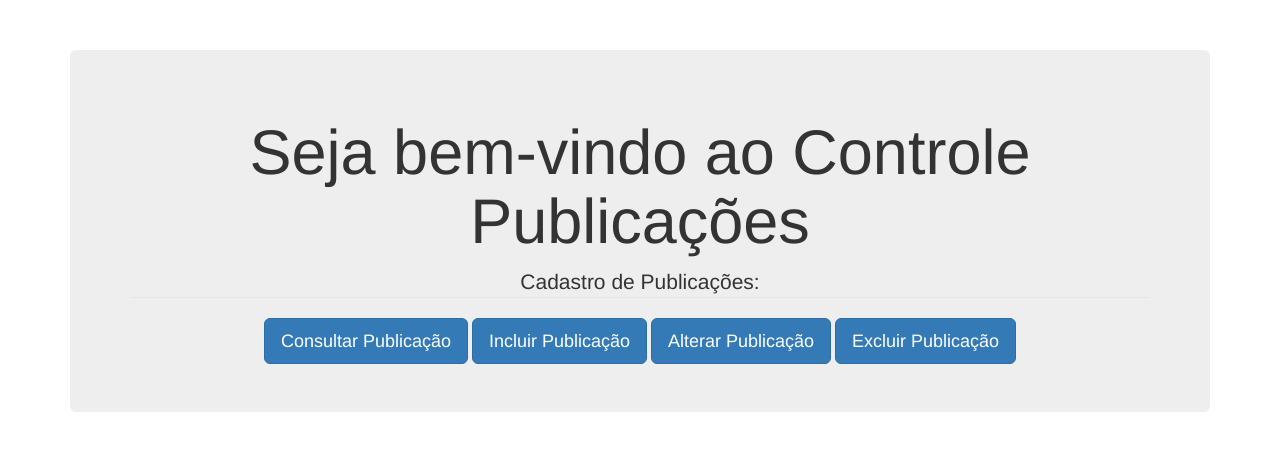
Repository: fabriciofelipe/mestrado-tesd-soa
Page: http://localhost/PublicacaoConsumer/WEB-INF/views/index.jsp
These files come from the project's save history. The page is drawn as it stood at one moment and after the next save; the edit follows.
The browser window is 1280 px wide. The pictures show the whole page.
Some web libraries are served in a nearby version. The page is served by Tomcat 9. Nobody is signed in. The template is opened directly, without the code that normally fills it, so the values that code supplies are empty.

Above is the page before, as saved 2017-04-14 23:07:14.
Console error (its wording comes from the project's code and is left out).

After the next save:
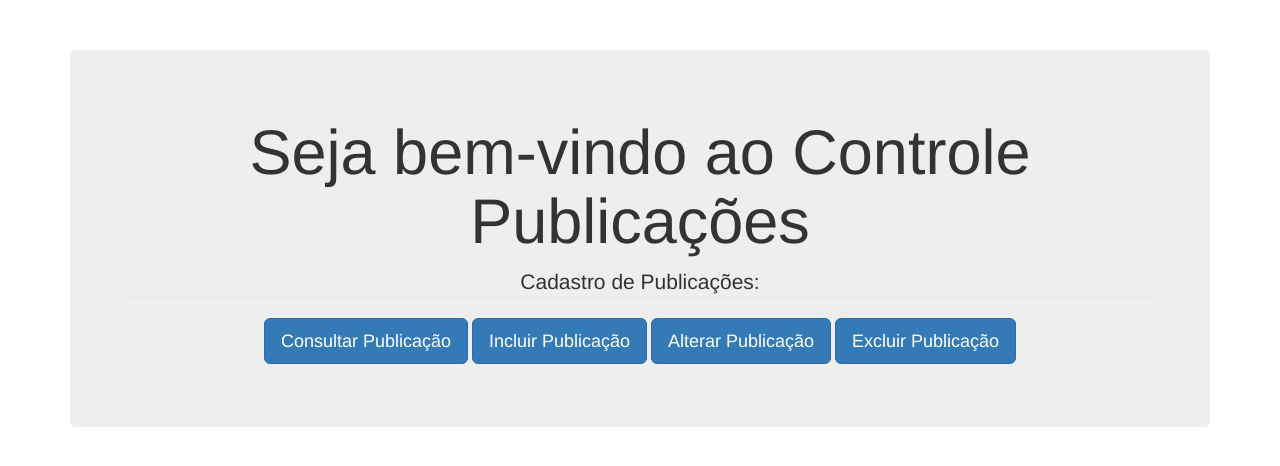
Saved 76 s later.
--- a/projetoSoap/PublicacaoConsumer/WebContent/WEB-INF/views/index.jsp
+++ b/projetoSoap/PublicacaoConsumer/WebContent/WEB-INF/views/index.jsp
@@ -9,7 +9,7 @@
     <div class="container">
         <div class="jumbotron" align="center" style="margin-top: 50px;">
             <h1>Seja bem-vindo ao Controle Publicações</h1>
-   <fieldset class="scheduler-border"><legend>Cadastro de Publicações:</legend>
+   <fieldset class="form-group"><legend>Cadastro de Publicações:</legend>
             <div align="center">
                 <a href="publicacoes" class="btn btn-lg btn-primary">Consultar Publicação</a>
                 <a href="cadastrarPublicacao" class="btn btn-lg btn-primary">Incluir Publicação</a>
